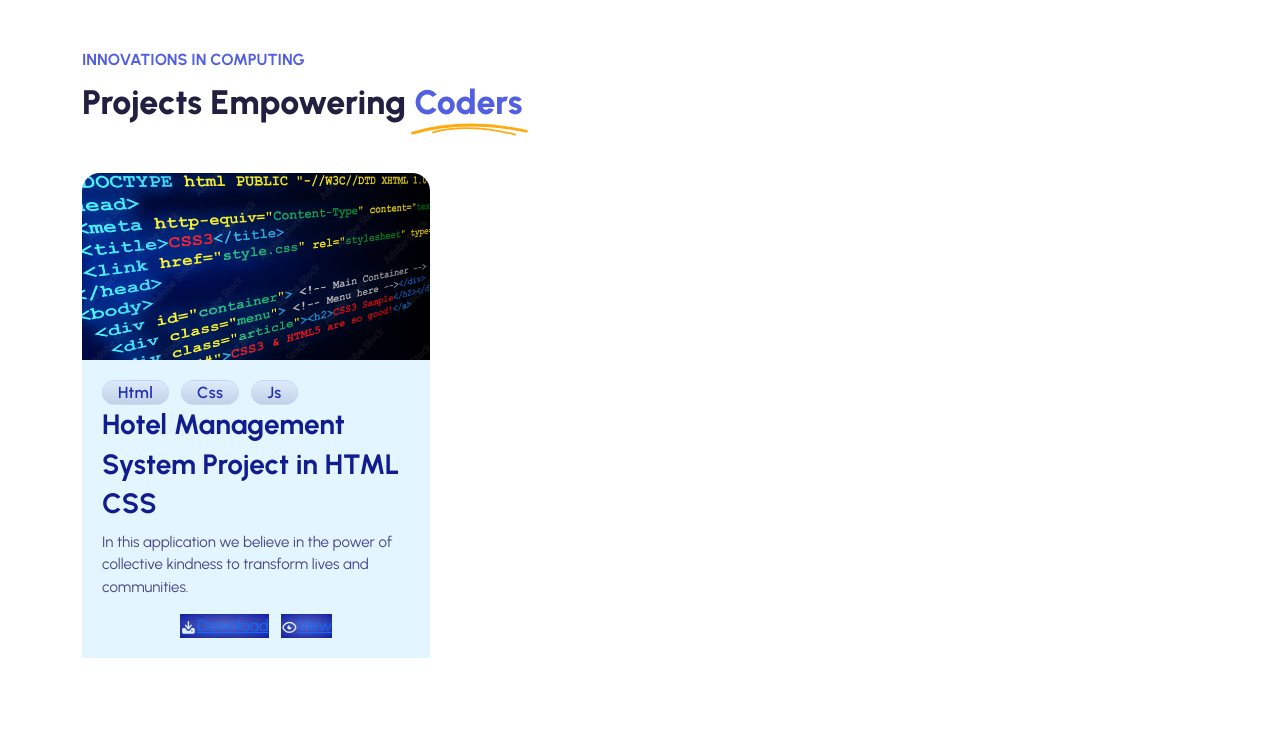
Repository: sharma171/jtccreativeideas
Page: /newsection (app in nextjssite/)
The author's editor kept a copy of each file at every save. The page is drawn from the files as they stood at one save, then again after the next save.
The browser window is 1280 px wide. The pictures show the whole page.
The project was rebuilt for these pictures with package versions that can differ from the ones it lists, and the page was loaded fresh each time. The framework's server and built-in components were replaced by stand-ins that run in the browser. Also part of the build but not shown: nextjssite/next.config.mjs.

Above is the page before, as saved 2024-03-28 14:19:13.

After the next save:
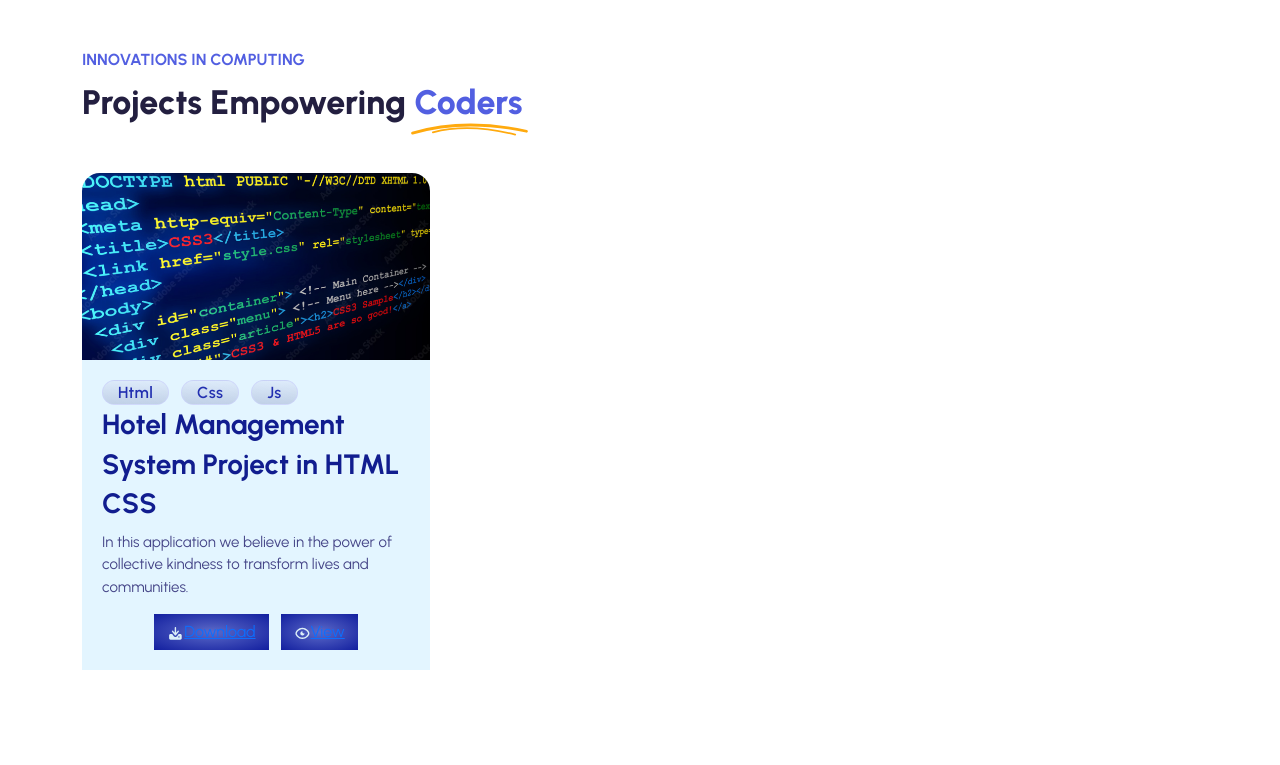
Saved 2 min 56 s later.
--- a/nextjssite/src/app/newsection/page.css
+++ b/nextjssite/src/app/newsection/page.css
@@ -105,4 +105,5 @@ section.projects {
 }
 .project-cards li .card-inner .info .card-button .bot-button {
     background: radial-gradient(#5C6AC8, #121F9F);
+    padding: 6px 13px;
 }
